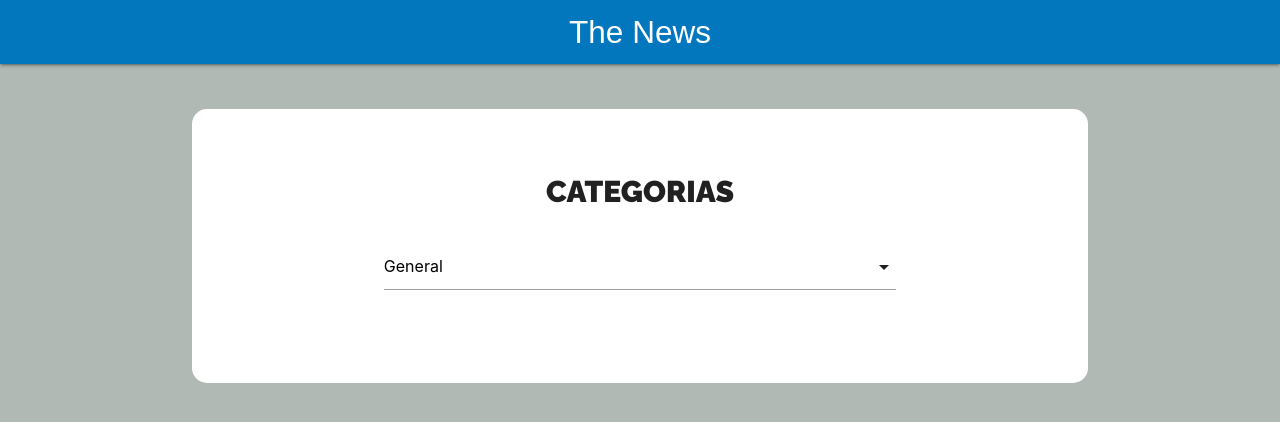
Repository: harrycampaz/news-react
Page: /
The author's editor kept a copy of each file at every save. The page is drawn from the files as they stood at one save, then again after the next save.
The browser window is 1280 px wide. The pictures show the whole page.
The page's requests for data from a server got no answer. The project was rebuilt for these pictures with package versions that can differ from the ones it lists, and the page was loaded fresh each time. No one was signed in, and anything a server would have sent is missing. Also part of the build but not shown: src/components/news/News.js.

Above is the page before, as saved 2020-01-17 14:36:30.

After the next save:
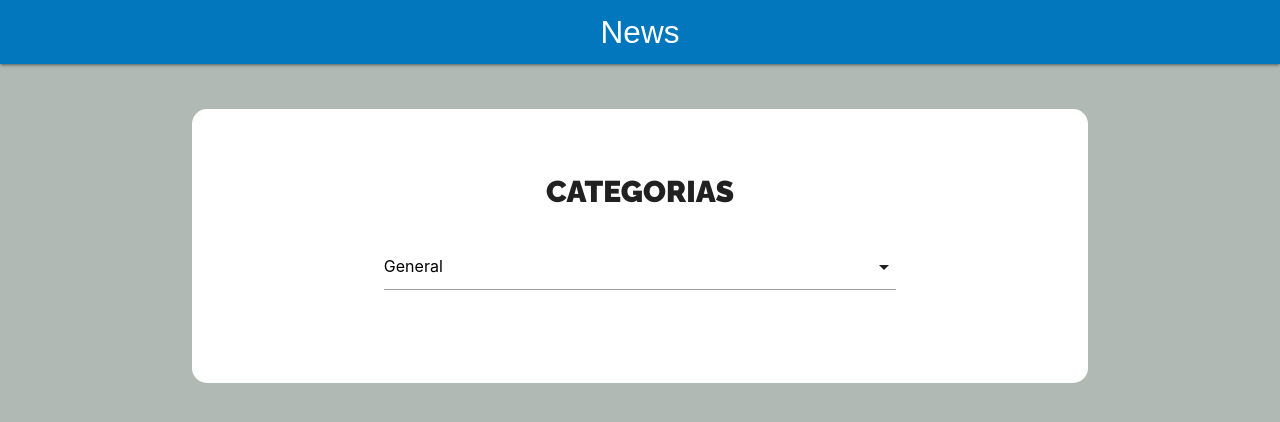
Saved 6 s later.
--- a/src/App.js
+++ b/src/App.js
@@ -31,7 +31,7 @@ class App extends Component {
     return (
 
       <Fragment>
-      <Header titulo= "The News"/>
+      <Header titulo= "News"/>
       <div className ="container white contenedor-noticias">
 
 <Search getNoticias = {this.getNoticias}/>
